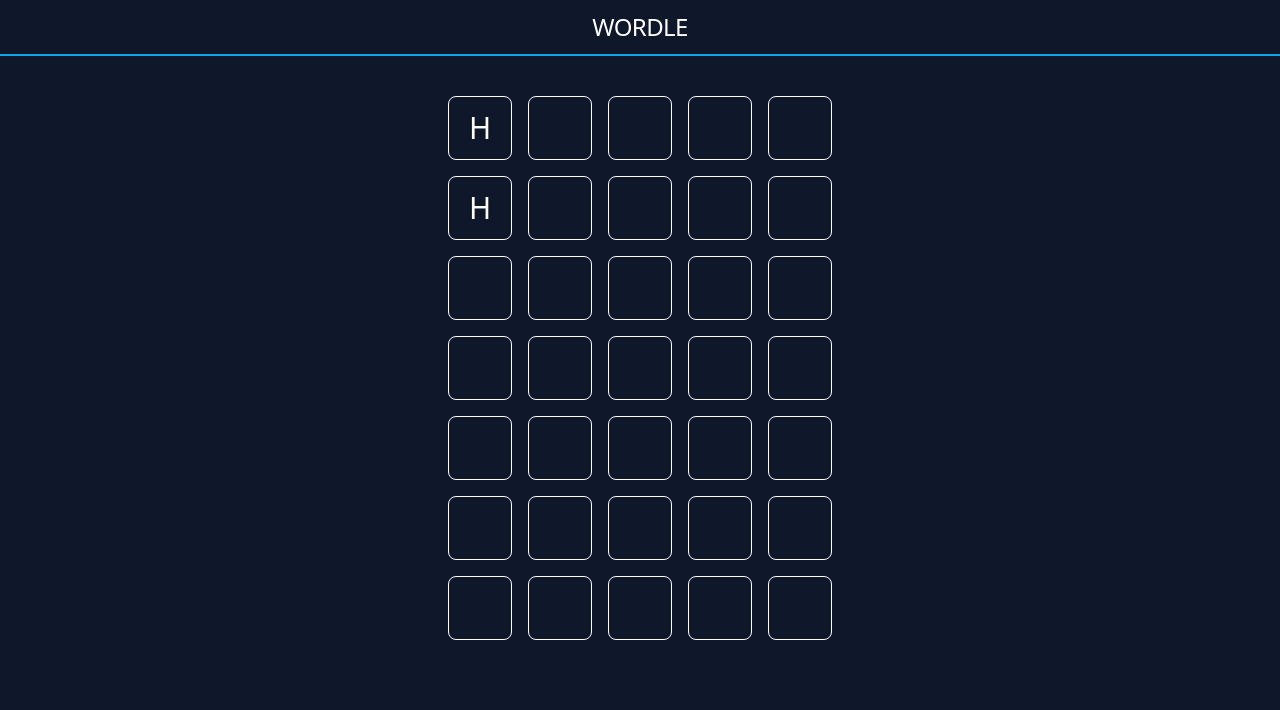
Repository: hjubsoni/basic-wordle-game
Page: / (app in client/)
An editor plug-in stored every save of this project. The page is shown before and after the next save, followed by the edit.
The browser window is 1280 px wide. The pictures show the whole page.
The project was rebuilt for these pictures with package versions that can differ from the ones it lists, and the page was loaded fresh each time. Also part of the build but not shown: client/vite.config.ts.

Above is the page before, as saved 2023-01-27 13:01:16.

### client/src/main.tsx
import React from 'react';
import ReactDOM from 'react-dom/client';
import App from './App';
import './index.css';

ReactDOM.createRoot(
  document.getElementById('root') as HTMLElement
).render(
  <React.StrictMode>
    <App />
  </React.StrictMode>
);

### client/src/App.tsx
import React from 'react';
import Header from './components/Header';
import Game from './components/Game';

function App() {
  return (
    <div className="h-full">
      <Header />
      <Game />
    </div>
  );
}

export default App;

### client/src/index.css
@tailwind base;
@tailwind components;
@tailwind utilities;

@layer base {
  html,
  body,
  #root {
    @apply h-full bg-slate-900;
  }
}

### client/src/components/Header/Header.tsx
import React from 'react';

function Header() {
  return (
    <header className="flex h-14 items-center justify-center  border-b-2 border-sky-500 ">
      <h2 className="uppercase text-white text-2xl tracking-tight">
        Wordle
      </h2>
    </header>
  );
}

export default Header;

### client/src/components/Game/Game.tsx
import React from 'react';
import { range } from '../../utils/range';
import Row from '../Row';
import Cell from '../Cell';

function Game() {
  const [correctWord, setCorrectWord] = React.useState('');
  const [guessedWords, setGuessedWords] = React.useState<string[]>([
    'h',
    'h',
    '',
    '',
    '',
    '',
    '',
  ]);

  const generateCorrectWord = async () => {
    const response = await fetch('http://localhost:5000/api');
    const words = await response.json();
    setCorrectWord(words[Math.floor(Math.random() * words.length)]);
  };

  function bla(ev: React.MouseEvent<HTMLElement, MouseEvent>) {
    console.log(ev);
  }
  React.useEffect(() => {
    window.addEventListener('click', bla);
  }, []);
  console.log(correctWord);
  return (
    <main className="flex items-center justify-center ">
      <div className="flex gap-4 flex-col max-w-sm w-full rouded-lg mt-10">
        {guessedWords.map((row, rowIdx) => {
          const singleWord = row.split(' ');
          return (
            <Row key={rowIdx}>
              {range(5).map((cellIdx) => (
                <Cell
                  key={cellIdx}
                  singleWord={singleWord[cellIdx]}
                />
              ))}
            </Row>
          );
        })}
      </div>
    </main>
  );
}

export default Game;

### client/src/utils/range.tsx
export const range = (start: number, end?: number, step = 1) => {
  let output = [];
  if (typeof end === 'undefined') {
    end = start;
    start = 0;
  }
  for (let i = start; i < end; i += step) {
    output.push(i);
  }
  return output;
};

### client/src/components/Cell/index.tsx
export { default } from './Cell';

### client/src/components/Row/Row.tsx
import React from 'react';

function Row({ children }: { children: React.ReactNode }) {
  return <div className="flex gap-4">{children}</div>;
}

export default Row;

### client/src/components/Cell/Cell.tsx
import React from 'react';

function Cell({ singleWord }: { singleWord: string }) {
  return (
    <div className="border border-white flex-1 aspect-square rounded-lg text-white text-3xl uppercase flex items-center justify-center">
      {singleWord}
    </div>
  );
}

export default Cell;

Loaded but not shown: client/index.html (common file); client/src/components/Header/index.tsx (common file); client/src/components/Game/index.tsx (common file); client/src/components/Row/index.tsx (common file); client/tailwind.config.cjs (common file)

After the next save:
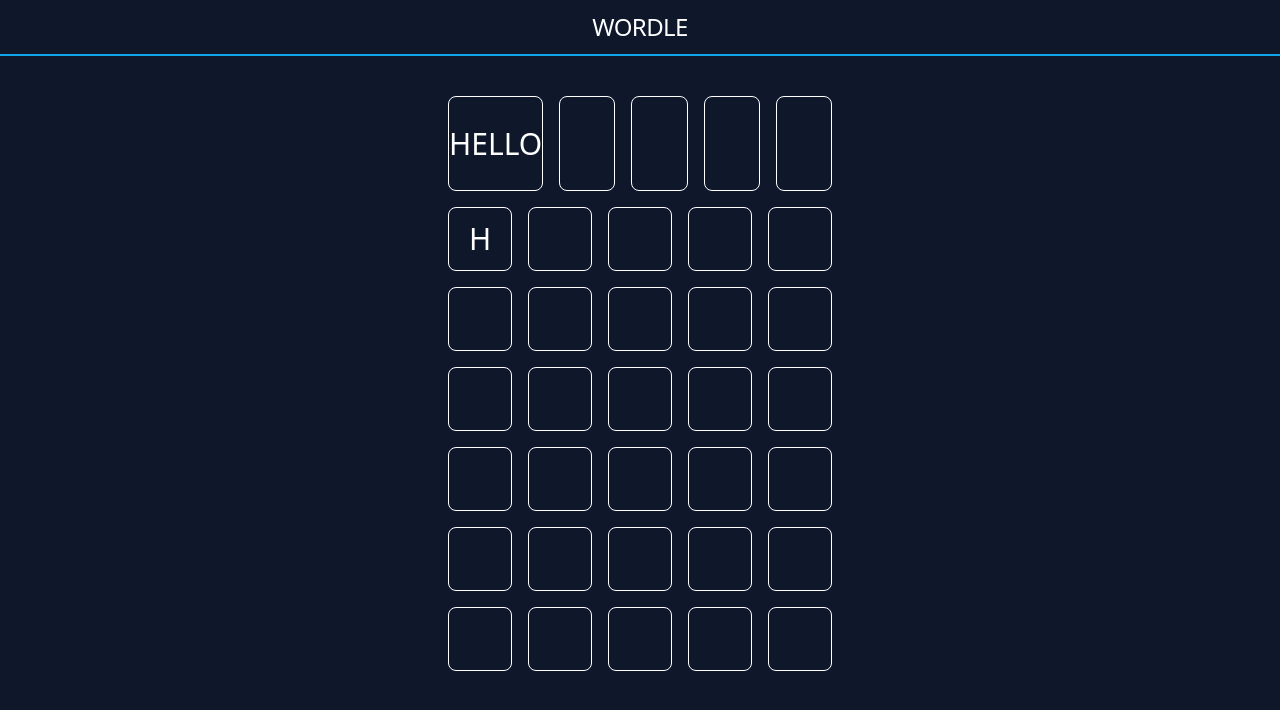
Saved 17 s later.
--- a/client/src/components/Game/Game.tsx
+++ b/client/src/components/Game/Game.tsx
@@ -6,7 +6,7 @@
 function Game() {
   const [correctWord, setCorrectWord] = React.useState('');
   const [guessedWords, setGuessedWords] = React.useState<string[]>([
-    'h',
+    'hello',
     'h',
     '',
     '',

After the 2 saves that followed:
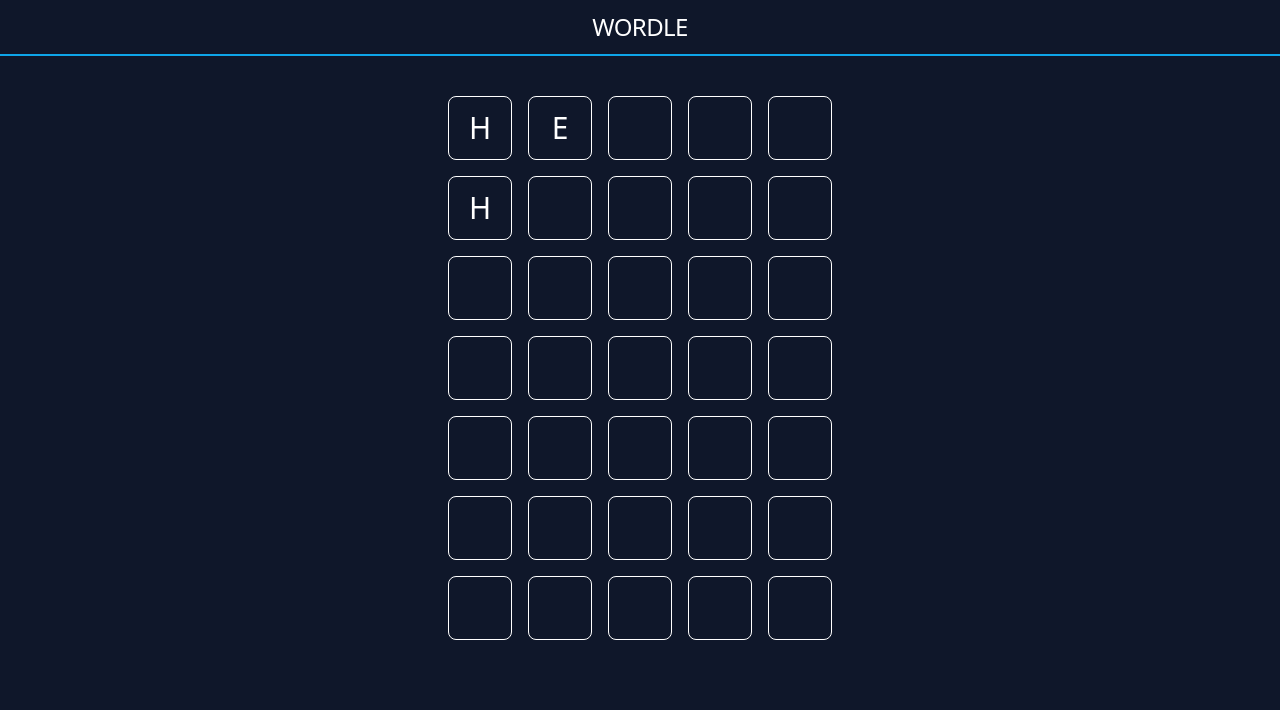
The 2 saves are shown as one change because they came seconds apart.
The last was saved 17 s later.
--- a/client/src/components/Game/Game.tsx
+++ b/client/src/components/Game/Game.tsx
@@ -6,7 +6,7 @@
 function Game() {
   const [correctWord, setCorrectWord] = React.useState('');
   const [guessedWords, setGuessedWords] = React.useState<string[]>([
-    'hello',
+    'he',
     'h',
     '',
     '',
@@ -32,7 +32,7 @@
     <main className="flex items-center justify-center ">
       <div className="flex gap-4 flex-col max-w-sm w-full rouded-lg mt-10">
         {guessedWords.map((row, rowIdx) => {
-          const singleWord = row.split(' ');
+          const singleWord = row.split('');
           return (
             <Row key={rowIdx}>
               {range(5).map((cellIdx) => (
